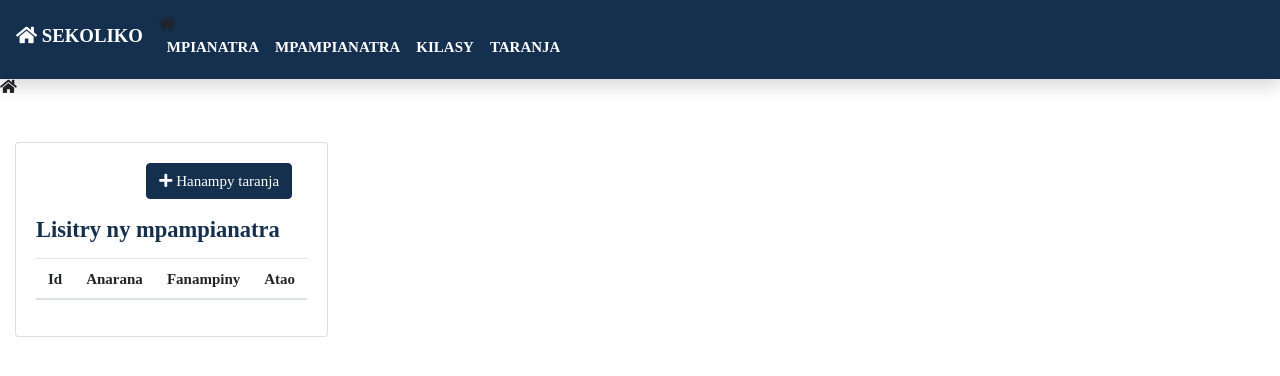
Repository: niainamahefa/j2ee-sekoliko
Page: http://localhost/Ecole/professeur
These files come from the project's save history. The page is drawn as it stood at one moment and after the next save; the edit follows.
The browser window is 1280 px wide. The pictures show the whole page.
The page is served by Tomcat 9. Queries for data that is not in the repository find no rows.

Above is the page before, as saved 2021-02-07 14:32:38.

After the next save:
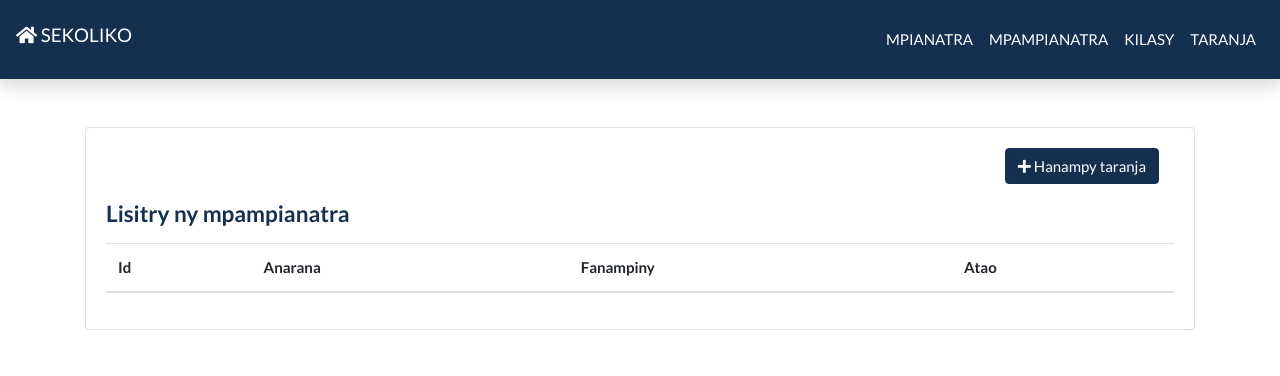
Saved 35 s later.
--- a/Ecole/WebContent/WEB-INF/professeur.jsp
+++ b/Ecole/WebContent/WEB-INF/professeur.jsp
@@ -13,7 +13,7 @@
 <body>
 	<nav class="navbar navbar-expand-lg  navbar-dark  bg-primary  shadow container-fluid">
 
-            <a class="navbar-brand lnav h1" href="#" data-scroll="acceuill"><i class="fas fa-home "> SEKOLIKO</a>
+            <a class="navbar-brand lnav h1" href="#" data-scroll="acceuill"><i class="fas fa-home "></i> SEKOLIKO</a>
             <button class="navbar-toggler" type="button" data-toggle="collapse" data-target="#navbarNav" aria-controls="navbarNav" aria-expanded="false" aria-label="Toggle navigation">
                 <span class="navbar-toggler-icon"></span>
             </button>
